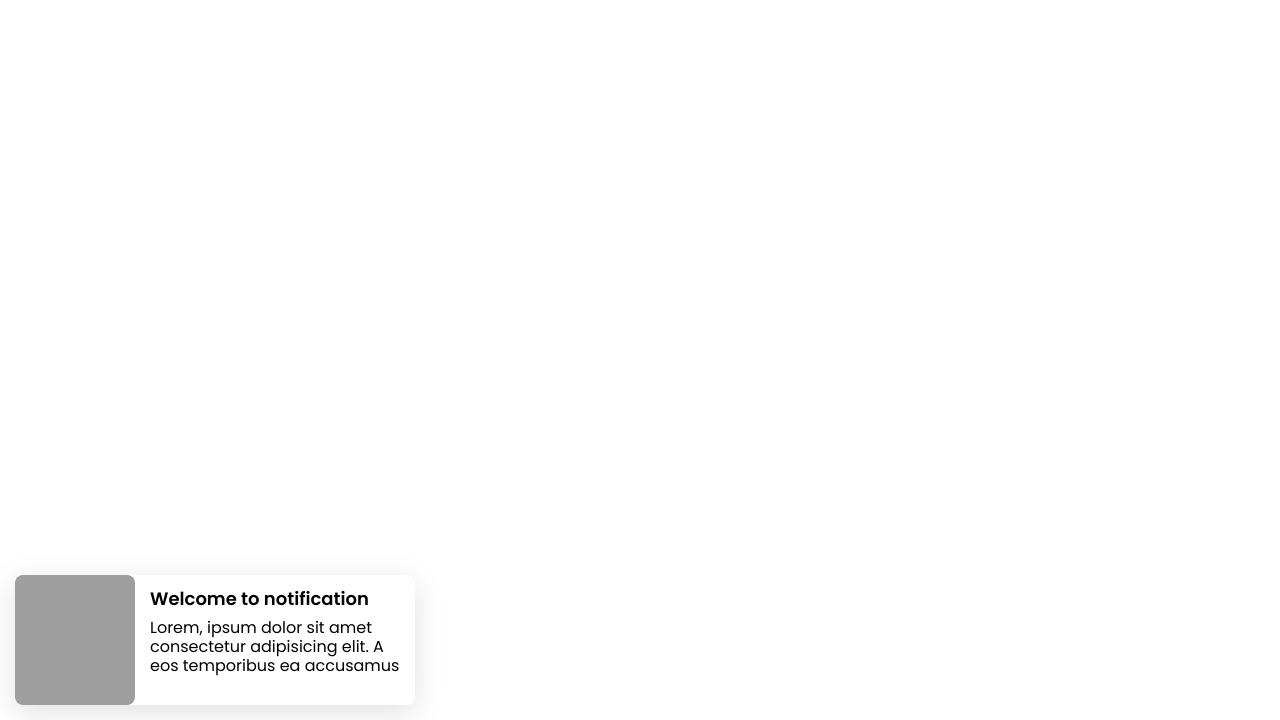
Repository: quoctri2008/test1
Page: notification.html
These files come from the project's save history. The page is drawn as it stood at one moment and after the next save; the edit follows.
The browser window is 1280 px wide. The pictures show the whole page.
Pictures or frames that could not be fetched are drawn as grey boxes.

Above is the page before, as saved 2021-09-08 15:39:40.

After the next save:
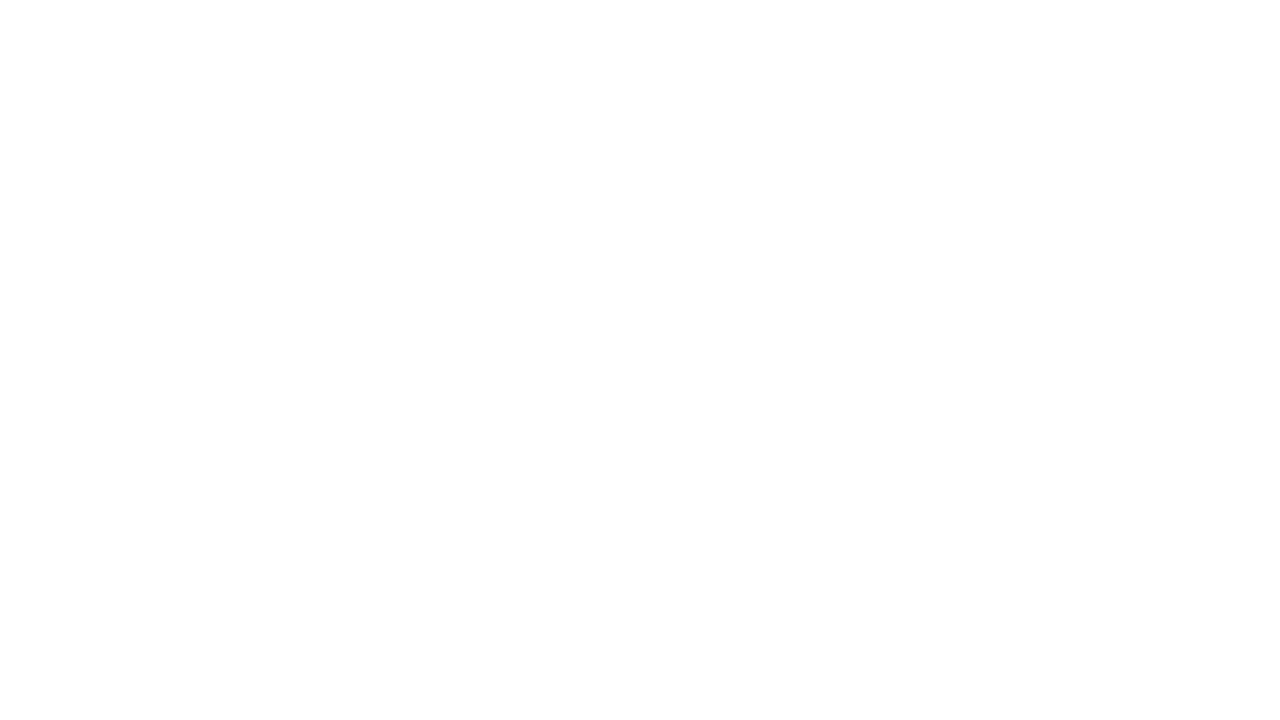
Saved 2 min 55 s later.
--- a/dom/notification-exercise.js
+++ b/dom/notification-exercise.js
@@ -19,4 +19,4 @@
     item.parentNode.removeChild(item);
   }
   createNotifiction();
-}, 4000);
+}, 8000);

After the save that followed:
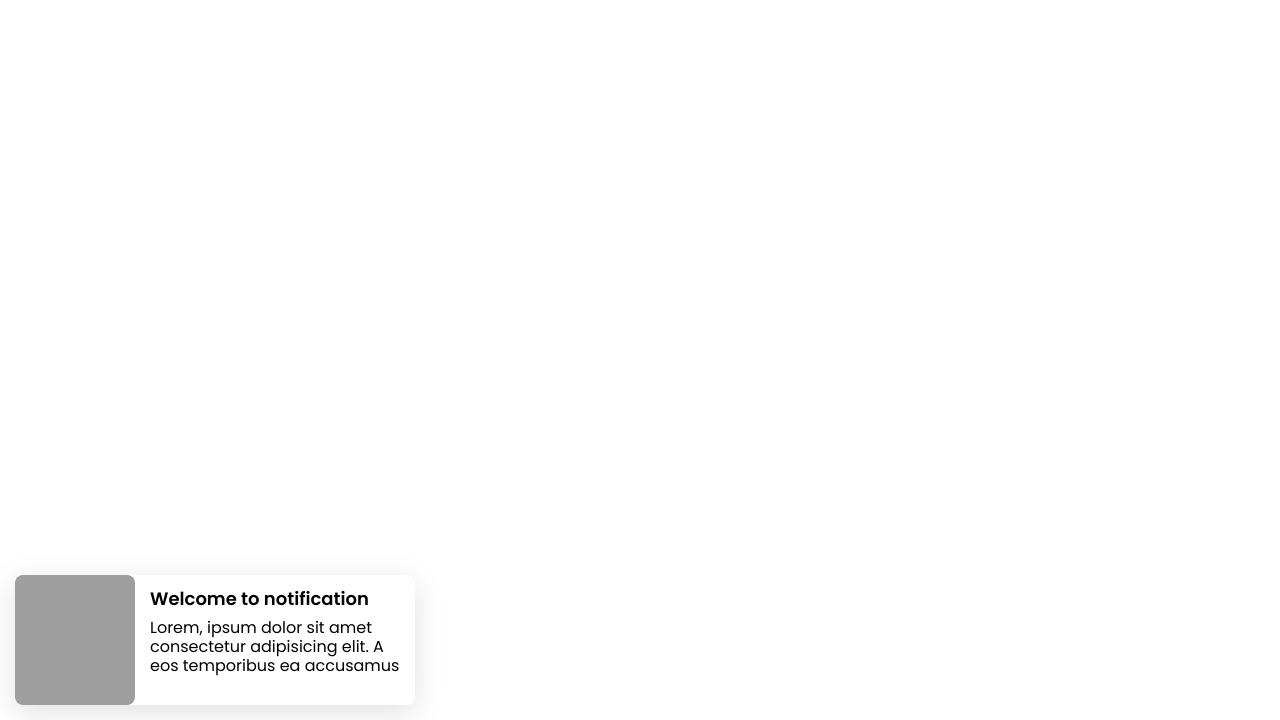
Saved 64 s later.
--- a/dom/notification-exercise.js
+++ b/dom/notification-exercise.js
@@ -19,4 +19,4 @@
     item.parentNode.removeChild(item);
   }
   createNotifiction();
-}, 8000);
+}, 4000);
